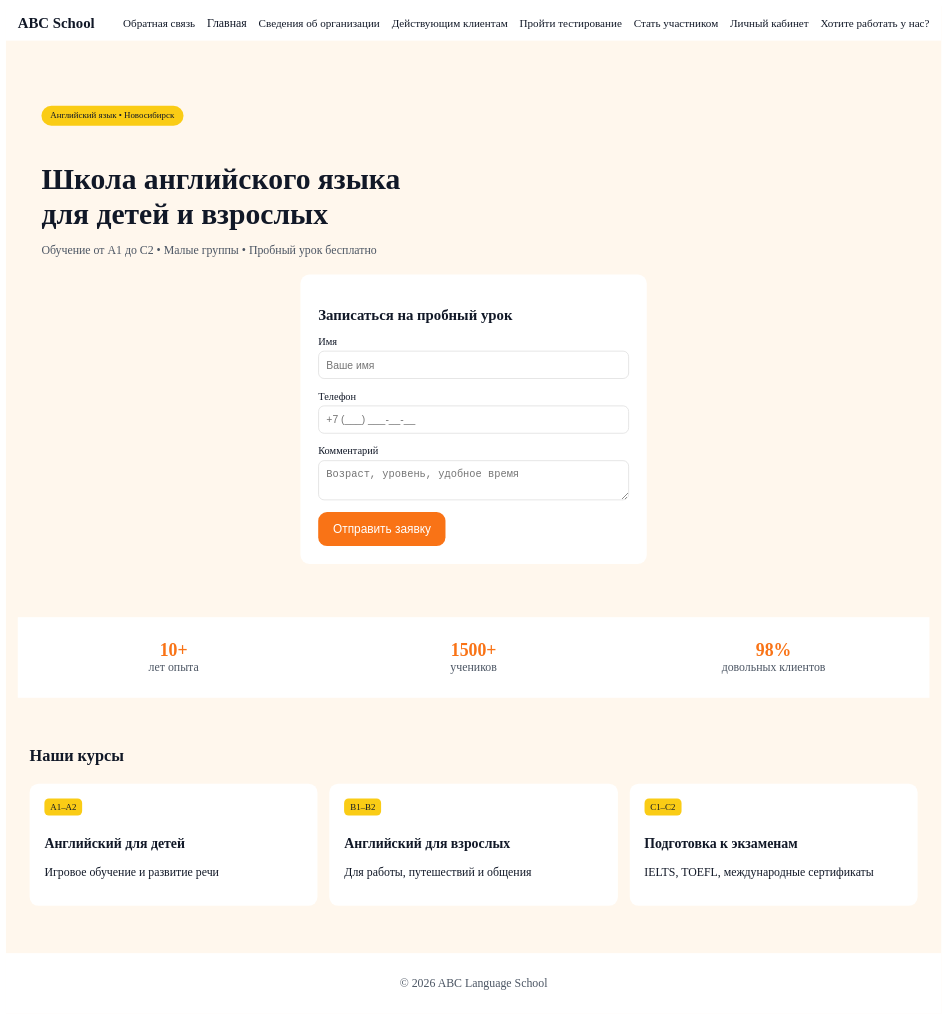
Repository: vidergooold/abc-language-school
Page: / (app in frontend/)
These files come from the project's save history. The page is drawn as it stood at one moment and after the next save; the edit follows.
The browser window is 1280 px wide. The pictures show the whole page, at 74% of full size.
The project was rebuilt for these pictures with package versions that can differ from the ones it lists, and the page was loaded fresh each time. Also part of the build but not shown: frontend/vite.config.ts, frontend/src/components/courses/CoursesFilter.vue, frontend/src/components/courses/CourseCard.vue, frontend/src/components/courses/CoursesGrid.vue, frontend/src/pages/Courses.vue, frontend/src/pages/Login.vue, frontend/src/pages/Register.vue, frontend/src/components/layout/AccountLayout.vue and 2 more.

Above is the page before, as saved 2026-01-10 19:22:34.

### frontend/src/main.ts
import { createApp } from 'vue'
import App from './App.vue'
import router from './router'
import './styles/theme.css'

import { createPinia } from 'pinia'

const pinia = createPinia()

createApp(App)
  .use(router)
  .use(pinia)
  .mount('#app')

### frontend/src/App.vue
<template>
  <div class="app">
    <Header />
    <main class="app-main">
      <router-view />
    </main>
    <Footer />
    <ScrollToTop />
  </div>
</template>

<script setup lang="ts">
import Header from './components/layout/Header.vue'
import Footer from './components/layout/Footer.vue'
import ScrollToTop from './components/ui/ScrollToTop.vue'
</script>

<style scoped>
.app {
  min-height: 100vh;
  display: flex;
  flex-direction: column;
  background: var(--bg-main);
  color: var(--text-main);
  font-size: var(--font-size-base);
}

.app-main {
  flex: 1;
  padding: 16px;
}
</style>

### frontend/src/router/index.ts
import { createRouter, createWebHistory } from 'vue-router'

import Home from '@/pages/Home.vue'
import Courses from '@/pages/Courses.vue'
import Login from '@/pages/Login.vue'
import Register from '@/pages/Register.vue'

import AccountLayout from '@/components/layout/AccountLayout.vue'
import Profile from '@/pages/account/Profile.vue'

import { useAuthStore } from '@/stores/auth'

const router = createRouter({
  history: createWebHistory(),
  routes: [
    { path: '/', component: Home },

    // заглушка: можно временно показывать Home
    { path: '/organization', component: Home },
    { path: '/clients', component: Home },
    { path: '/testing', component: Home },
    { path: '/enroll', component: Courses }, // «Стать участником» → к курсам/анкетам
    { path: '/jobs', component: Home },

    { path: '/courses', component: Courses },
    { path: '/login', component: Login },
    { path: '/register', component: Register },

    {
      path: '/account',
      component: AccountLayout,
      meta: { requiresAuth: true },
      children: [
        {
          path: '',
          component: Profile,
        },
      ],
    },
  ],
})

router.beforeEach((to) => {
  const auth = useAuthStore()
  if (to.meta.requiresAuth && !auth.token) {
    return '/login'
  }
})

export default router

### frontend/src/styles/theme.css
:root {
  /* Brand */
  --brand-orange: #F97316;
  --brand-red: #EF4444;
  --brand-yellow: #FACC15;
  --font-size-base: 16px;
  --font-size-title: 28px;

  /* Backgrounds */
  --bg-main: #FFF7ED;
  --bg-white: #ffffff;

  /* Text */
  --text-main: #111827;
  --text-secondary: #4B5563;

  /* UI */
  --border-radius: 12px;
  --transition: 0.2s ease-in-out;
}

### frontend/src/components/layout/Header.vue
<template>
  <header class="header">
    <div class="logo">ABC School</div>

    <nav class="nav">
      <RouterLink to="/#feedback" class="nav-item">
        Обратная связь
      </RouterLink>
      <RouterLink to="/">Главная</RouterLink>

      <!-- Сведения об образовательной организации -->
      <div class="nav-item nav-dropdown">
        <span>Сведения об организации</span>
        <div class="nav-dropdown__menu">
          <RouterLink to="/organization#main">Основные сведения</RouterLink>
          <RouterLink to="/organization#structure">
            Структура и управление
          </RouterLink>
          <RouterLink to="/organization#docs">Документы</RouterLink>
          <RouterLink to="/organization#education">Образование</RouterLink>
          <RouterLink to="/organization#staff">Педагогический состав</RouterLink>
          <RouterLink to="/organization#services">
            Платные образовательные услуги
          </RouterLink>
          <RouterLink to="/organization#finance">
            Финансово-хозяйственная деятельность
          </RouterLink>
        </div>
      </div>

      <!-- Действующим клиентам -->
      <div class="nav-item nav-dropdown">
        <span>Действующим клиентам</span>
        <div class="nav-dropdown__menu">
          <RouterLink to="/clients#important">Важная информация</RouterLink>
          <RouterLink to="/clients#holidays">
            Каникулы и выходные дни
          </RouterLink>
          <RouterLink to="/clients#payment">
            Оплата, перерасчет, возврат
          </RouterLink>
          <RouterLink to="/clients#tax">
            Налоговый вычет
          </RouterLink>
        </div>
      </div>

      <!-- Пройти тестирование -->
      <div class="nav-item nav-dropdown">
        <span>Пройти тестирование</span>
        <div class="nav-dropdown__menu">
          <RouterLink to="/testing#1-5">1–5 классы</RouterLink>
          <RouterLink to="/testing#6-8">6–8 классы</RouterLink>
          <RouterLink to="/testing#9-11">
            9–11 классы, взрослые
          </RouterLink>
        </div>
      </div>

      <!-- Стать участником -->
      <div class="nav-item nav-dropdown">
        <span>Стать участником</span>
        <div class="nav-dropdown__menu">
          <RouterLink to="/enroll#child">Анкета школьника</RouterLink>
          <RouterLink to="/enroll#adult">Анкета взрослого</RouterLink>
          <RouterLink to="/enroll#preschool">
            Анкета дошкольника
          </RouterLink>
        </div>
      </div>

      <!-- Личный кабинет -->
      <RouterLink to="/account" class="nav-item">
        Личный кабинет
      </RouterLink>

      <!-- Хотите работать у нас? -->
      <RouterLink to="/jobs" class="nav-item">
        Хотите работать у нас?
      </RouterLink>
    </nav>
  </header>
</template>

<script setup lang="ts">
import { RouterLink } from 'vue-router'
</script>

<style scoped>
.header {
  display: flex;
  justify-content: space-between;
  align-items: center;
  padding: 12px 16px;
  background: var(--bg-white);
}

.logo {
  font-weight: 700;
  font-size: 20px;
}

.nav {
  display: flex;
  gap: 16px;
  align-items: center;
}

.nav-item {
  position: relative;
  font-size: 15px;
  cursor: pointer;
  color: var(--text-main);
}

.nav a {
  text-decoration: none;
  color: var(--text-main);
}

/* Выпадающие меню */
.nav-dropdown:hover .nav-dropdown__menu {
  display: flex;
}

.nav-dropdown__menu {
  display: none;
  position: absolute;
  top: 120%;
  left: 0;
  flex-direction: column;
  background: var(--bg-white);
  padding: 8px 0;
  border-radius: 8px;
  box-shadow: 0 6px 18px rgba(0, 0, 0, 0.12);
  min-width: 220px;
  z-index: 10;
}

.nav-dropdown__menu a {
  padding: 6px 12px;
  white-space: nowrap;
  font-size: 14px;
}

.nav-dropdown__menu a:hover {
  background: #f3f4f6;
}
</style>

### frontend/src/components/layout/Footer.vue
<template>
  <footer class="footer">
    <p>© 2026 ABC Language School</p>
  </footer>
</template>

<style scoped>
.footer {
  padding: 16px;
  text-align: center;
  color: var(--text-secondary);
  background: var(--bg-white);
}
</style>

### frontend/src/components/ui/ScrollToTop.vue
<template>
  <button
    v-if="visible"
    class="scroll-top"
    @click="scrollToTop"
    aria-label="Наверх"
  >
    ↑
  </button>
</template>

<script setup lang="ts">
import { onMounted, onBeforeUnmount, ref } from 'vue'

const visible = ref(false)

function onScroll() {
  visible.value = window.scrollY > 300
}

function scrollToTop() {
  window.scrollTo({ top: 0, behavior: 'smooth' })
}

onMounted(() => {
  window.addEventListener('scroll', onScroll)
})

onBeforeUnmount(() => {
  window.removeEventListener('scroll', onScroll)
})
</script>

<style scoped>
.scroll-top {
  position: fixed;
  right: 16px;
  bottom: 24px;
  width: 40px;
  height: 40px;
  border-radius: 999px;
  border: none;
  background: var(--brand-orange);
  color: #fff;
  font-size: 22px;
  cursor: pointer;
  box-shadow: 0 4px 10px rgba(0, 0, 0, 0.2);
}
</style>

### frontend/src/pages/Home.vue
<template>
  <main>
    <HeroSection />
    <StatsBlock />
    <CoursesPreview />
  </main>
</template>

<script setup lang="ts">
import HeroSection from '@/components/home/HeroSection.vue'
import StatsBlock from '@/components/home/StatsBlock.vue'
import CoursesPreview from '@/components/home/CoursesPreview.vue'
</script>

### frontend/src/stores/auth.ts
import { defineStore } from 'pinia'
import http from '@/api/http'

export const useAuthStore = defineStore('auth', {
  state: () => ({
    token: localStorage.getItem('token') as string | null,
  }),

  actions: {
    async login(email: string, password: string) {
      const res = await http.post('/auth/login', { email, password })
      this.token = res.data.access_token
      localStorage.setItem('token', this.token!)
    },
    logout() {
      this.token = null
      localStorage.removeItem('token')
    },
  },
})

### frontend/src/components/home/HeroSection.vue
<template>
  <section class="hero">
    <div class="hero__content">
      <span class="hero__badge">Английский язык • Новосибирск</span>

      <h1 class="hero__title">
        Школа английского языка<br />
        для детей и взрослых
      </h1>

      <p class="hero__subtitle">
        Обучение от A1 до C2 • Малые группы • Пробный урок бесплатно
      </p>

      <LeadForm />
    </div>
  </section>
</template>

<script setup lang="ts">
import LeadForm from './LeadForm.vue'
</script>

<style scoped>
.hero {
  padding: 48px 16px;
}

.hero__badge {
  display: inline-block;
  background: var(--brand-yellow);
  padding: 6px 12px;
  border-radius: 999px;
  font-size: 12px;
  margin-bottom: 16px;
}

.hero__title {
  font-size: 28px;
  margin-bottom: 16px;
}

.hero__subtitle {
  color: var(--text-secondary);
  margin-bottom: 24px;
}

@media (min-width: 768px) {
  .hero {
    padding: 72px 32px;
  }

  .hero__title {
    font-size: 40px;
  }
}
</style>

### frontend/src/components/home/StatsBlock.vue
<template>
  <section class="stats">
    <div class="stats__item">
      <strong>10+</strong>
      <span>лет опыта</span>
    </div>

    <div class="stats__item">
      <strong>1500+</strong>
      <span>учеников</span>
    </div>

    <div class="stats__item">
      <strong>98%</strong>
      <span>довольных клиентов</span>
    </div>
  </section>
</template>

<style scoped>
.stats {
  display: grid;
  grid-template-columns: 1fr;
  gap: 16px;
  padding: 32px 16px;
  background: var(--bg-white);
}

.stats__item {
  text-align: center;
}

.stats__item strong {
  font-size: 24px;
  color: var(--brand-orange);
}

.stats__item span {
  display: block;
  color: var(--text-secondary);
}

@media (min-width: 768px) {
  .stats {
    grid-template-columns: repeat(3, 1fr);
  }
}
</style>

### frontend/src/components/home/CoursesPreview.vue
<template>
  <section class="courses">
    <h2 class="section-title">Наши курсы</h2>

    <div class="courses-grid">
      <div class="course-card">
        <span class="level">A1–A2</span>
        <h3>Английский для детей</h3>
        <p>Игровое обучение и развитие речи</p>
      </div>

      <div class="course-card">
        <span class="level">B1–B2</span>
        <h3>Английский для взрослых</h3>
        <p>Для работы, путешествий и общения</p>
      </div>

      <div class="course-card">
        <span class="level">C1–C2</span>
        <h3>Подготовка к экзаменам</h3>
        <p>IELTS, TOEFL, международные сертификаты</p>
      </div>
    </div>
  </section>
</template>

<style scoped>
.courses {
  padding: 48px 16px;
}

.section-title {
  font-size: 22px;
  margin-bottom: 24px;
}

.courses-grid {
  display: grid;
  grid-template-columns: 1fr;
  gap: 16px;
}

.course-card {
  background: var(--bg-white);
  padding: 20px;
  border-radius: var(--border-radius);
}

.course-card .level {
  display: inline-block;
  background: var(--brand-yellow);
  padding: 4px 8px;
  border-radius: 6px;
  font-size: 12px;
  margin-bottom: 8px;
}

@media (min-width: 768px) {
  .courses-grid {
    grid-template-columns: repeat(3, 1fr);
  }
}
</style>

### frontend/src/api/http.ts
import axios from 'axios'
import { useAuthStore } from '@/stores/auth'

const http = axios.create({
  baseURL: 'http://localhost:8000/api/v1',
  headers: {
    'Content-Type': 'application/json',
  },
})

// автоматически добавляем JWT, если есть
http.interceptors.request.use((config) => {
  const authStore = useAuthStore()
  if (authStore.token) {
    config.headers = config.headers || {}
    config.headers.Authorization = `Bearer ${authStore.token}`
  }
  return config
})

export default http

### frontend/src/components/home/LeadForm.vue
<template>
  <form class="lead-form" @submit.prevent="submit">
    <h3 class="lead-form__title">Записаться на пробный урок</h3>

    <div class="field">
      <label>Имя</label>
      <input
        v-model="name"
        type="text"
        placeholder="Ваше имя"
      />
      <span v-if="errors.name" class="error">
        {{ errors.name }}
      </span>
    </div>

    <div class="field">
      <label>Телефон</label>
      <input
        v-model="phone"
        type="tel"
        placeholder="+7 (___) ___-__-__"
      />
      <span v-if="errors.phone" class="error">
        {{ errors.phone }}
      </span>
    </div>

    <div class="field">
      <label>Комментарий</label>
      <textarea
        v-model="comment"
        placeholder="Возраст, уровень, удобное время"
      />
    </div>

    <BaseButton type="submit">
      {{ enrollmentStore.loading ? 'Отправка...' : 'Отправить заявку' }}
    </BaseButton>

    <p v-if="enrollmentStore.success" class="success">
      Заявка успешно отправлена!
    </p>
  </form>
</template>

<script setup lang="ts">
import { ref } from 'vue'
import BaseButton from '@/components/ui/BaseButton.vue'
import { useEnrollmentStore } from '@/stores/enrollment'

const enrollmentStore = useEnrollmentStore()

const name = ref('')
const phone = ref('')
const comment = ref('')

const errors = ref<{
  name?: string
  phone?: string
}>({})

function validate() {
  errors.value = {}

  if (!name.value) {
    errors.value.name = 'Введите имя'
  }

  if (!phone.value) {
    errors.value.phone = 'Введите телефон'
  }

  return Object.keys(errors.value).length === 0
}

async function submit() {
  if (!validate()) return

  await enrollmentStore.submitEnrollment({
    name: name.value,
    phone: phone.value,
    comment: comment.value,
  })

  if (enrollmentStore.success) {
    name.value = ''
    phone.value = ''
    comment.value = ''
  }
}
</script>

<style scoped>
.lead-form {
  background: var(--bg-white);
  padding: 24px;
  border-radius: var(--border-radius);
  max-width: 420px;
  margin: 0 auto;
}

.lead-form__title {
  font-size: 20px;
  margin-bottom: 16px;
}

.field {
  display: flex;
  flex-direction: column;
  margin-bottom: 16px;
}

.field label {
  font-size: 14px;
  margin-bottom: 4px;
}

.field input,
.field textarea {
  padding: 10px;
  border-radius: 8px;
  border: 1px solid #ddd;
  font-size: 14px;
}

.error {
  color: var(--brand-red);
  font-size: 12px;
  margin-top: 4px;
}

.success {
  margin-top: 16px;
  color: green;
  font-size: 14px;
}
</style>

### frontend/src/components/ui/BaseButton.vue
<template>
  <button class="base-btn">
    <slot />
  </button>
</template>

<style scoped>
.base-btn {
  background: var(--brand-orange);
  color: #fff;
  border: none;
  padding: 14px 20px;
  border-radius: var(--border-radius);
  font-size: 16px;
  cursor: pointer;
  transition: var(--transition);
}

.base-btn:hover {
  background: #ea6a10;
}
</style>

### frontend/src/stores/enrollment.ts
import { defineStore } from 'pinia'
import http from '@/api/http'

export const useEnrollmentStore = defineStore('enrollment', {
  state: () => ({
    loading: false,
    success: false,
    error: null as string | null,
  }),

  actions: {
    async submitEnrollment(payload: {
      name: string
      phone: string
      comment: string
    }) {
      this.loading = true
      this.error = null
      this.success = false

      try {
        await http.post('/enrollments', payload)
        this.success = true
      } catch (e) {
        this.error = 'Ошибка отправки заявки'
      } finally {
        this.loading = false
      }
    },
  },
})

### frontend/src/components/home/FeedbackForm.vue
<template>
  <div class="feedback">
    <h2 class="feedback__title">Обратная связь</h2>

    <p class="feedback__org">
      Частное учреждение дополнительного образования<br />
      «Лингвоцентр &quot;Эй Би Си&quot;»
    </p>

    <p class="feedback__contact">
      <a href="tel:+73832091990">(383) 209-19-90</a><br />
      Новосибирская обл., г. Новосибирск
    </p>

    <form class="feedback__form" @submit.prevent="submit">
      <div class="field">
        <label>Ваше имя *</label>
        <input v-model="name" type="text" required />
      </div>

      <div class="field">
        <label>Ваш телефон *</label>
        <input v-model="phone" type="tel" required />
      </div>

      <div class="field">
        <label>Ваш e‑mail</label>
        <input v-model="email" type="email" />
      </div>

      <div class="field">
        <label>Сообщение</label>
        <textarea v-model="message" rows="4" />
      </div>

      <button class="submit-btn" type="submit">
        Отправить
      </button>
    </form>
  </div>
</template>

<script setup lang="ts">
import { ref } from 'vue'

const name = ref('')
const phone = ref('')
const email = ref('')
const message = ref('')

function submit() {
  // здесь позже можно добавить отправку на backend
  alert('Спасибо! Мы свяжемся с вами.')
}
</script>

<style scoped>
.feedback {
  max-width: 520px;
  margin: 0 auto;
  padding: 24px;
  background: #f5f0ff;
  border-radius: 16px;
}

.feedback__title {
  font-size: 24px;
  margin-bottom: 12px;
  text-align: center;
}

.feedback__org {
  font-size: 16px;
  text-align: center;
  margin-bottom: 8px;
}

.feedback__contact {
  font-size: 15px;
  text-align: center;
  margin-bottom: 20px;
}

.feedback__contact a {
  color: var(--brand-orange);
  text-decoration: none;
}

.feedback__form .field {
  display: flex;
  flex-direction: column;
  margin-bottom: 14px;
}

.feedback__form label {
  font-size: 14px;
  margin-bottom: 4px;
}

.feedback__form input,
.feedback__form textarea {
  padding: 10px;
  border-radius: 8px;
  border: 1px solid #ddd;
  font-size: 14px;
}

.submit-btn {
  width: 100%;
  padding: 12px;
  border-radius: 999px;
  border: none;
  background: var(--brand-orange);
  color: #fff;
  font-size: 16px;
  cursor: pointer;
}
</style>

Loaded but not shown: frontend/index.html (common file)

After the next save:
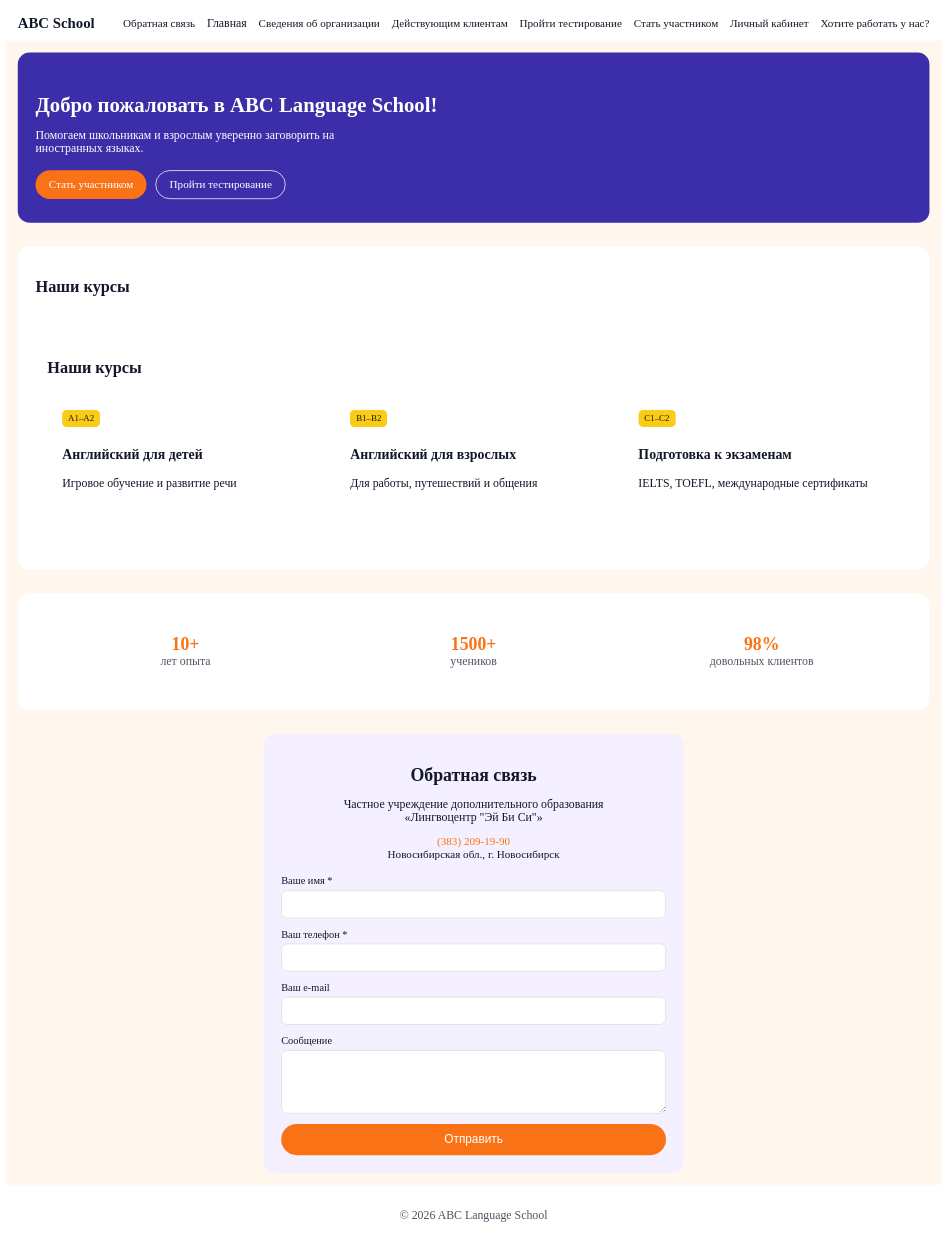
Saved 47 s later.
--- a/frontend/src/pages/Home.vue
+++ b/frontend/src/pages/Home.vue
@@ -1,13 +1,119 @@
 <template>
-  <main>
-    <HeroSection />
-    <StatsBlock />
-    <CoursesPreview />
-  </main>
+  <div class="home">
+    <!-- Hero / основной блок -->
+    <section class="hero">
+      <div class="hero__content">
+        <h1 class="hero__title">
+          Добро пожаловать в ABC Language School!
+        </h1>
+        <p class="hero__text">
+          Помогаем школьникам и взрослым уверенно заговорить
+          на иностранных языках.
+        </p>
+
+        <div class="hero__actions">
+          <RouterLink to="/enroll" class="btn btn-primary">
+            Стать участником
+          </RouterLink>
+          <RouterLink to="/testing" class="btn btn-secondary">
+            Пройти тестирование
+          </RouterLink>
+        </div>
+      </div>
+    </section>
+
+    <!-- Превью курсов (можно оставить как было, если уже есть) -->
+    <section class="section">
+      <h2 class="section__title">Наши курсы</h2>
+      <CoursesPreview />
+    </section>
+
+    <!-- Блок статистики/преимуществ (если есть) -->
+    <section class="section">
+      <StatsBlock />
+    </section>
+
+    <!-- Обратная связь -->
+    <section id="feedback" class="section feedback-section">
+      <FeedbackForm />
+    </section>
+  </div>
 </template>
 
 <script setup lang="ts">
-import HeroSection from '@/components/home/HeroSection.vue'
+import { RouterLink } from 'vue-router'
+import CoursesPreview from '@/components/home/CoursesPreview.vue'
 import StatsBlock from '@/components/home/StatsBlock.vue'
-import CoursesPreview from '@/components/home/CoursesPreview.vue'
+import FeedbackForm from '@/components/home/FeedbackForm.vue'
 </script>
+
+<style scoped>
+.home {
+  display: flex;
+  flex-direction: column;
+  gap: 32px;
+}
+
+.hero {
+  background: #3b2ea8; /* фиолетовый блок, как на примере */
+  color: #fff;
+  border-radius: 16px;
+  padding: 32px 24px;
+}
+
+.hero__title {
+  font-size: 28px;
+  font-weight: 700;
+  margin-bottom: 12px;
+}
+
+.hero__text {
+  font-size: 16px;
+  margin-bottom: 20px;
+  max-width: 480px;
+}
+
+.hero__actions {
+  display: flex;
+  flex-wrap: wrap;
+  gap: 12px;
+}
+
+.btn {
+  display: inline-flex;
+  align-items: center;
+  justify-content: center;
+  padding: 10px 18px;
+  border-radius: 999px;
+  font-size: 15px;
+  text-decoration: none;
+  cursor: pointer;
+}
+
+.btn-primary {
+  background: var(--brand-orange);
+  color: #fff;
+}
+
+.btn-secondary {
+  border: 1px solid #fff;
+  color: #fff;
+  background: transparent;
+}
+
+.section {
+  background: var(--bg-white);
+  border-radius: 16px;
+  padding: 24px;
+}
+
+.section__title {
+  font-size: 22px;
+  margin-bottom: 16px;
+}
+
+.feedback-section {
+  background: transparent;
+  padding: 0;
+}
+</style>
